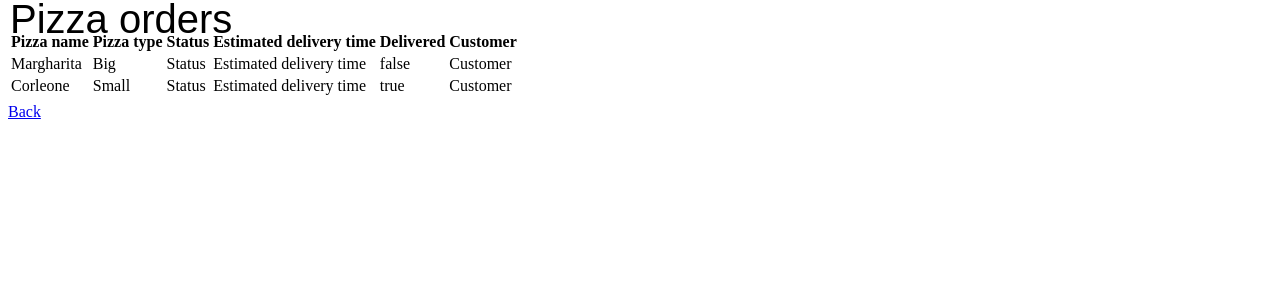
Repository: lukas77pro/html_css_js
Page: html/Test/WebContent/Tabela.html
The author's editor kept a copy of each file at every save. The page is drawn from the files as they stood at one save, then again after the next save.
The browser window is 1280 px wide. The pictures show the whole page.

Above is the page before, as saved 2015-07-10 13:33:26.

### html/Test/WebContent/Tabela.html
<!DOCTYPE html>
<html>
<head>
<meta charset="UTF-8">
<title>Insert title here</title>
<link rel="stylesheet" type="text/css" href="Styl.css">
</head>
<body>
	<div class="HeaderMain">
		<legend id="LegendMain">Pizza orders</legend>
	</div>
	<table>
		<tr>
			<th>Pizza name</th>
			<th>Pizza type</th>
			<th>Status</th>
			<th>Estimated delivery time</th>
			<th>Delivered</th>
			<th>Customer</th>
		</tr>
		<tr>
			<td>Margharita</td>
			<td>Big</td>
			<td>Status</td>
			<td>Estimated delivery time</td>
			<td>false</td>
			<td>Customer</td>
		</tr>
		<tr>
			<td>Corleone</td>
			<td>Small</td>
			<td>Status</td>
			<td>Estimated delivery time</td>
			<td>true</td>
			<td>Customer</td>
		</tr>
	</table>

	<a href="Formularz.html">Back</a>

</body>
</html>

### html/Test/WebContent/Styl.css
@CHARSET "UTF-8";

#Customer {

}

.HeaderMain{
	font-family: Arial, Helvetica Neue, Helvetica, sans-serif;
	font-size: 20px;
	font-style: normal;
	font-variant: normal;
	font-weight: 500;
	line-height: 22px;

}

#LegendMain {
	font-size: 40px;
}

/* table , th, td {
    border: 2px solid black;
    tr:nth-child(odd)		{ background-color:#eee; }
	tr:nth-child(even)		{ background-color:#fff; }
} */


table {
	border-bottom: thick double #ffffff;
	border-top: thick  #ffffff;
}

tr:nth-child(even):hover {
  background: pink;
}
tr:nth-child(odd):hover {
  background: lime;
}

After the next save:
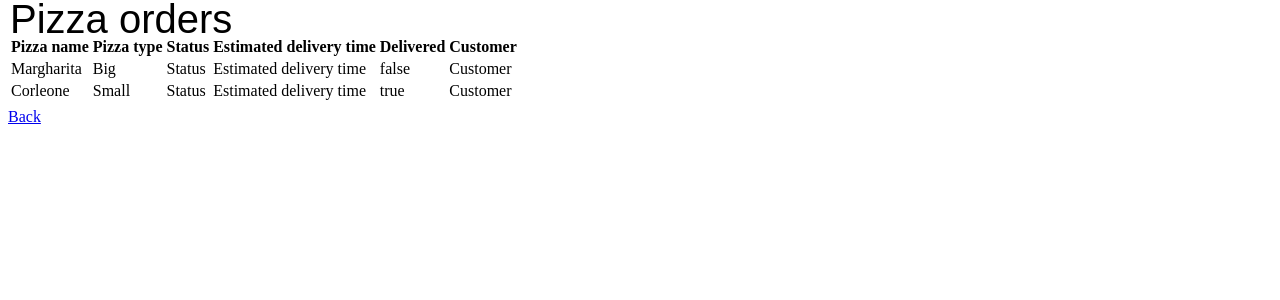
Saved 12 s later.
--- a/html/Test/WebContent/Styl.css
+++ b/html/Test/WebContent/Styl.css
@@ -27,7 +27,7 @@
 
 table {
 	border-bottom: thick double #ffffff;
-	border-top: thick  #ffffff;
+	border-top: thick double #ffffff;
 }
 
 tr:nth-child(even):hover {
